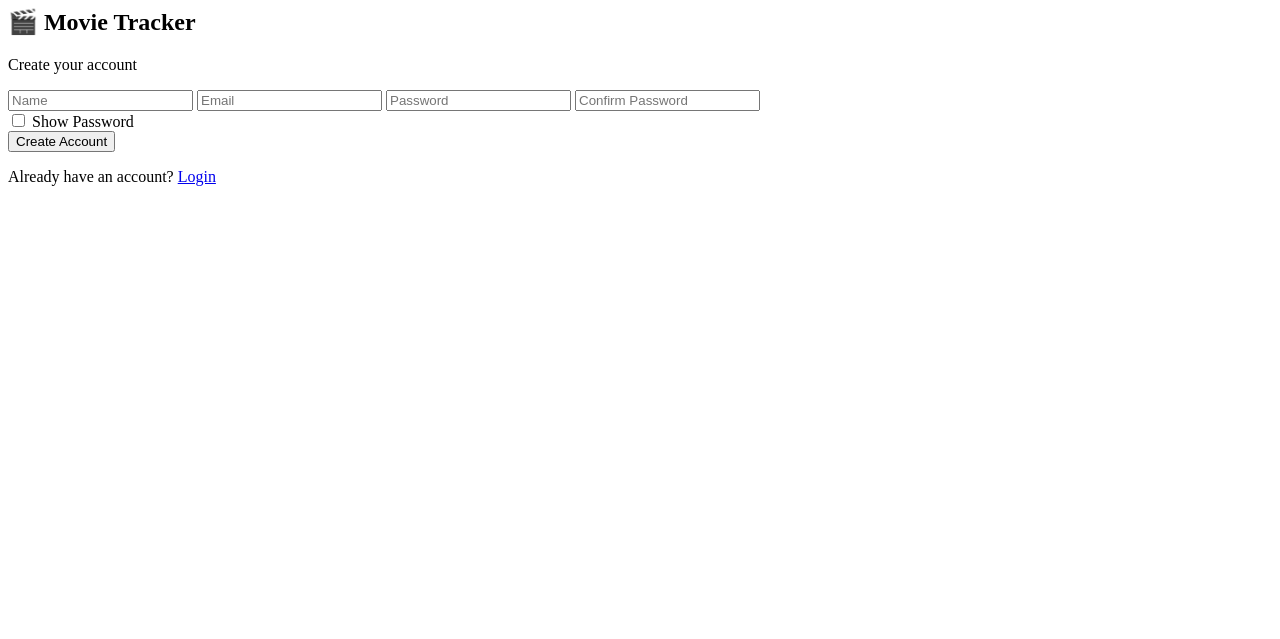
Repository: Dinesh-Codebais/movie-tracker
Page: signup.html
These files come from the project's save history. The page is drawn as it stood at one moment and after the next save; the edit follows.
The browser window is 1280 px wide. The pictures show the whole page.

Above is the page before, as saved 2026-06-22 10:35:16.

### signup.html
<div class="signup-box">

    <h2>🎬 Movie Tracker</h2>
    <p class="subtitle">Create your account</p>

    <input type="text" placeholder="Name">

    <input type="email" placeholder="Email">

    <input type="password" placeholder="Password">

    <input type="password" placeholder="Confirm Password">

    <div class="show-pass">
        <input type="checkbox">
        <label>Show Password</label>
    </div>

    <button>Create Account</button>

    <p>
        Already have an account?
        <a href="#">Login</a>
    </p>

</div>

### style.css
/* RESET */
*{
    margin:0;
    padding:0;
    box-sizing:border-box;
}

/* BODY */
body{
    background:#0f172a;
    font-family:Arial, sans-serif;
}
.navbar{
    display:flex;
    justify-content:space-between;
    align-items:center;
    padding:20px 8%;
    background:#111827;
    position:sticky;
    top:0;
    z-index:1000;
}

.nav-links{
    display:flex;
    align-items:center;
    list-style:none;
    gap:20px;
}

.nav-links li{
    display:flex;
    align-items:center;
}

.nav-links a{
    color:white;
    text-decoration:none;
    padding:8px 15px;
    border-radius:8px;
    transition:0.3s;
}

.nav-links a:hover{
    background:#e50914;
    color:white;
}


#logoutBtn{
    background:#e50914;
    color:white;
    border:none;
    padding:8px 15px;
    border-radius:8px;
    cursor:pointer;
}


#userInfo{
    color:#facc15;
    font-weight:bold;
}

.logo img {
    height:100px;
    width:auto;
    cursor:pointer;
}

/* LINKS */
.nav-links{
    display:flex;
    list-style:none;
    gap:25px;
}

.nav-links a{
    color:white;
    text-decoration:none;
    padding:8px 15px;
    border-radius:8px;
    transition:0.3s;
}

.nav-links a:hover{
    background:#e50914;
    color:white;
}

/* HERO */
.hero{
    height:90vh;
    display:flex;
    justify-content:center;
    align-items:center;
    text-align:center;
    background:
    linear-gradient(rgba(0,0,0,0.6),rgba(0,0,0,0.7)),
    url("https://images.unsplash.com/photo-1489599849927-2ee91cede3ba");
    background-size:cover;
    background-position:center;
}

.hero-content{
    max-width:700px;
    color:white;
}

.hero-content h1{
    font-size:60px;
}

.hero-content p{
    font-size:20px;
    color:#d1d5db;
    margin:20px 0;
}

/* BUTTON */
.btn{
    display:inline-block;
    padding:15px 35px;
    background:#e50914;
    color:white;
    text-decoration:none;
    border-radius:8px;
    transition:0.3s;
}

.btn:hover{
    transform:translateY(-3px);
}

/* SECTIONS */
.trending,
.features,
.categories,
.stats,
.testimonials,
.newsletter{
    padding:80px 10%;
}

/* TITLES */
h2{
    text-align:center;
    color:white;
    font-size:40px;
    margin-bottom:40px;
}

/* GRID SYSTEM */
.movie-grid,
.feature-grid,
.category-grid,
.stats-grid,
.testimonial-grid{
    display:grid;
    gap:30px;
}

/* MOVIE CARDS */
.movie-grid{
    grid-template-columns:repeat(auto-fit,minmax(250px,1fr));
}

.movie-card img{
    width:100%;
    height:350px;
    object-fit:cover;
    display:block;
}

.movie-card h3{
    color:white;
    margin-top:15px;
}

.movie-card p{
    color:#facc15;
    margin:10px 0 20px;
}

.movie-card:hover{
    transform:translateY(-10px) scale(1.03);
}

/* FEATURE */
.feature-grid{
    grid-template-columns:repeat(auto-fit,minmax(250px,1fr));
}

.feature-card,
.category-card,
.stat-card,
.testimonial-card{
    background:#1f2937;
    padding:30px;
    border-radius:15px;
    color:white;
    text-align:center;
    transition:0.3s;
}

/* CATEGORY */
.category-grid{
    grid-template-columns:repeat(auto-fit,minmax(180px,1fr));
}

.category-card:hover{
    background:#e50914;
    transform:scale(1.05);
}

/* STATS */
.stats-grid{
    grid-template-columns:repeat(auto-fit,minmax(200px,1fr));
}

.stat-card h3{
    color:#e50914;
    font-size:40px;
}

/* TESTIMONIAL */
.testimonial-grid{
    grid-template-columns:repeat(auto-fit,minmax(280px,1fr));

}


/* NEWSLETTER */
.newsletter{
    text-align:center;
}

.newsletter-form{
    display:flex;
    justify-content:center;
    align-items:center;
    gap:10px;
    flex-wrap:wrap;
    margin-top:20px;
}
.newsletter{
    color: rgb(172, 51, 51);
}
/* CTA */
.cta{
    padding:100px 10%;
    text-align:center;
    background:linear-gradient(135deg,#e50914,#ff3b3b);
}

.cta h2{
    color:white;
    font-size:45px;
}

.cta-btn{
    display:inline-block;
    padding:15px 35px;
    background:white;
    color:#e50914;
    border-radius:10px;
    font-weight:bold;
}

/* FOOTER */
.footer{
    background:4E220F
    padding:60px 20px;
    text-align:center;
    color:white
}
/* RESPONSIVE */
@media(max-width:768px){
    .navbar{
        flex-direction:column;
    }

    .nav-links{
        flex-direction:column;
        margin-top:15px;
    }

    .hero-content h1{
        font-size:35px;
    }
}

/* SMOOTH SCROLL */
html{
    scroll-behavior:smooth;
}
@keyframes fadeUp {
    from{
        opacity: 0;
        transform: translateY(30px);
    }
    to{
        opacity: 1;
        transform: translateY(0);
    }
}
.watch-btn,
.explore-btn{
    width: 140px;        /* same size */
    padding: 10px 0;
    margin: 8px 5px;
    border: none;
    border-radius: 8px;
    cursor: pointer;
    font-weight: bold;
    transition: 0.3s;
}

/* Watchlist button */
.watch-btn{
    background: #e50914;
    color: white;
}

/* Explore button */
.explore-btn{
    background: #1f2937;
    color: white;
    border: 1px solid #e50914;
}

/* hover effect */
.watch-btn:hover,
.explore-btn:hover{
    transform: scale(1.05);
    opacity: 0.9;
}

.carousel{
    display:flex;
    justify-content:center;
    align-items:center;
    gap:20px;
}

.side-img{
    width:220px;
    height:320px;
    object-fit:cover;
    border-radius:15px;
    opacity:0.7;
    transform:scale(0.85);
    transition:0.5s;
}

.center-img{
    width:320px;
    height:420px;
    object-fit:cover;
    border-radius:18px;
    transform:scale(1.05);
    box-shadow:0 15px 40px rgba(0,0,0,0.6);
    transition:0.5s;
}

.watchlist h2{
    color:white;
    font-size:40px;
    margin-bottom:20px;
}

.watchlist p{
    color:#d1d5db;
}


.nav-links a.active {
    color: #ff3c78;
    font-weight: bold;
    border-bottom: 2px solid #ff3c78;
}
/* =========================
   MOVIE CARD UPGRADE
========================= */

.movie-card img{
    width: 100%;
    height: 280px;
    object-fit: contain;   /* 👈 important */
    background: FFF4E1  /* empty space fill look */
    border-radius: 12px;
}

.movie-card:hover{
    transform:translateY(-10px) scale(1.03);
}

/* =========================
   WATCHLIST
========================= */

#watchlistMovies{
    list-style:none;
    padding:0;
    margin-top:20px;
}

#watchlistMovies li{
    background:#1f2937;
    color:white;
    padding:12px;
    margin:10px auto;
    width:300px;
    border-radius:10px;
    font-weight:bold;
    box-shadow:0 0 10px rgba(0,0,0,0.3);
}

/* =========================
   SLIDER
========================= */

#slider-img{
    width:300px;
    height:450px;
    object-fit:cover;
    border-radius:15px;
    box-shadow:0 0 25px rgba(229,9,20,0.5);
    transition:0.5s;
}

/* =========================
   DARK MODE
========================= */

body.dark{
    background:#111;
    color:white;
}

body.dark .navbar{
    background:#000;
}

body.dark .movie-card{
    background:#222;
}

body.dark .feature-card,
body.dark .category-card,
body.dark .stat-card,
body.dark .testimonial-card{
    background:#222;
}

body.dark .watchlist{
    background:#000;
}

body.dark #watchlistMovies li{
    background:#333;
    color:white;
}

body.dark .footer{
    background:#000;
}
body{
    padding-top:80px;
}
.form-box{
    width:350px;
    margin:100px auto;
    background:white;
    padding:25px;
    border-radius:10px;
    text-align:center;
}

.form-box input{
    width:100%;
    padding:10px;
    margin:10px 0;
}

.form-box button{
    width:100%;
    padding:10px;
    cursor:pointer;
}

.dropdown{
    position: relative;
}

.dropdown-menu{
    display: none !important;
    position: absolute;
    top: 100%;
    left: 0;
    background: #111827;
    min-width: 180px;
    list-style: none;
    padding: 0;
    margin: 0;
    z-index: 1000;
}

.dropdown-menu li{
    display: block;
    width: 100%;
}

.dropdown-menu a{
    display: block;
    padding: 10px 15px;
}

.dropdown:hover .dropdown-menu{
    display: block !important;
}
.signup-box{
    width: 400px;
    padding: 40px;
    background: #fff;
    border-radius: 20px;
    box-shadow: 0 10px 30px rgba(0,0,0,0.2);
}

### script.js
console.log("JS Connected");

// =========================
// MOVIE DATA
// =========================

const movieData = [
    {
        title: "Interstellar",
        rating: 8.7
    },
    {
        title: "Oppenheimer",
        rating: 8.5
    },
    {
        title: "Avatar",
        rating: 8.1
    }
];

console.log("Movie Tracker JS Connected!");
console.log(movieData);

console.log(movieData[0].title);
console.log(movieData[1].rating);

movieData.forEach(function(movie){
    console.log(movie.title);
});


// =========================
// SEARCH
// =========================

const searchInput = document.getElementById("searchInput");
const movies = document.querySelectorAll(".movie-card");

searchInput.addEventListener("keyup", function () {

    const value = searchInput.value.toLowerCase();

    movies.forEach(function (movie) {

        const movieName = movie
            .querySelector("h3")
            .textContent
            .toLowerCase();

        if (movieName.includes(value)) {
            movie.style.display = "block";
        } else {
            movie.style.display = "none";
        }

    });

});


// =========================
// IMAGE SLIDER
// =========================
const images = [
    "images/movie1.jpg",
    "images/movie2.jpg",
    "images/movie3.jpg",
  "images/movie4.jpg",
   "images/movie5.jpg",
  "images/movie6.jpg",
  "images/movie7.jpg",
  "images/movie8.jpg",
];

const leftImg = document.getElementById("left-img");
const centerImg = document.getElementById("center-img");
const rightImg = document.getElementById("right-img");

let index = 0;

function updateCarousel() {

    leftImg.src =
        images[(index + images.length - 1) % images.length];

    centerImg.src =
        images[index];

    rightImg.src =
        images[(index + 1) % images.length];
}

setInterval(() => {
    index = (index + 1) % images.length;
    updateCarousel();
}, 3000);

updateCarousel();

// =========================
// WATCHLIST
// =========================

let savedMovies =
    JSON.parse(localStorage.getItem("watchlist")) || [];

const watchButtons =
    document.querySelectorAll(".watch-btn");

const watchList =
    document.getElementById("watchlistMovies");

const watchCount =
    document.getElementById("watchCount");

function renderWatchlist() {

    if (!watchList) return;

    watchList.innerHTML = "";

    savedMovies.forEach(function (movie, index) {

        const li = document.createElement("li");

        li.innerHTML = `
            ${movie}
            <button onclick="removeMovie(${index})">
                ❌
            </button>
        `;

        watchList.appendChild(li);

    });

    if (watchCount) {
        watchCount.textContent = savedMovies.length;
    }
}

function removeMovie(index) {

    savedMovies.splice(index, 1);

    localStorage.setItem(
        "watchlist",
        JSON.stringify(savedMovies)
    );

    renderWatchlist();
}

renderWatchlist();

watchButtons.forEach(function (button) {

    button.addEventListener("click", function () {

        const movieCard =
            button.parentElement;

        const movieName =
            movieCard.querySelector("h3")
            .textContent;

        if (!savedMovies.includes(movieName)) {

            savedMovies.push(movieName);

            localStorage.setItem(
                "watchlist",
                JSON.stringify(savedMovies)
            );

            renderWatchlist();

            alert(movieName + " added to Watchlist!");
        }
        else {

            alert("Movie already added!");
        }

    });

});




// =========================
// TOTAL MOVIES COUNTER
// =========================

const totalMovies =
    document.getElementById("totalMovies");

if (totalMovies) {

    totalMovies.textContent =
        movies.length;
}

// =========================
// CHECK LOGIN STATUS
// =========================

const logoutBtn = document.getElementById("logoutBtn");

const loggedUser = localStorage.getItem("name");

if (loggedUser) {

    if(logoutBtn){
        logoutBtn.style.display = "block";
    }
}


function logout() {

    localStorage.removeItem("name");
    localStorage.removeItem("email");
    localStorage.removeItem("password");

    alert("Logged Out Successfully");

    window.location.reload();
}
function signup(){

    let name = document.getElementById("signupName").value;
    let email = document.getElementById("signupEmail").value;
    let password = document.getElementById("signupPassword").value;

    localStorage.setItem("name", name);
    localStorage.setItem("email", email);
    localStorage.setItem("password", password);

    alert("Account Created");

    window.location.href = "index.html";
}
function login(){

    let email = document.getElementById("loginEmail").value;
    let password = document.getElementById("loginPassword").value;

    let savedEmail = localStorage.getItem("email");
    let savedPassword = localStorage.getItem("password");

    if(email === savedEmail && password === savedPassword){

        alert("Login Successful");

        window.location.href = "index.html";

    }else{

        alert("Wrong Email or Password");
    }
}

function showLoginPassword() {

    let password =
        document.getElementById("loginPassword");

    if (password.type === "password") {
        password.type = "text";
    } else {
        password.type = "password";
    }
}

function showSignupPassword() {

    let password =
        document.getElementById("signupPassword");

    if (password.type === "password") {
        password.type = "text";
    } else {
        password.type = "password";
    }
}

After the next save:
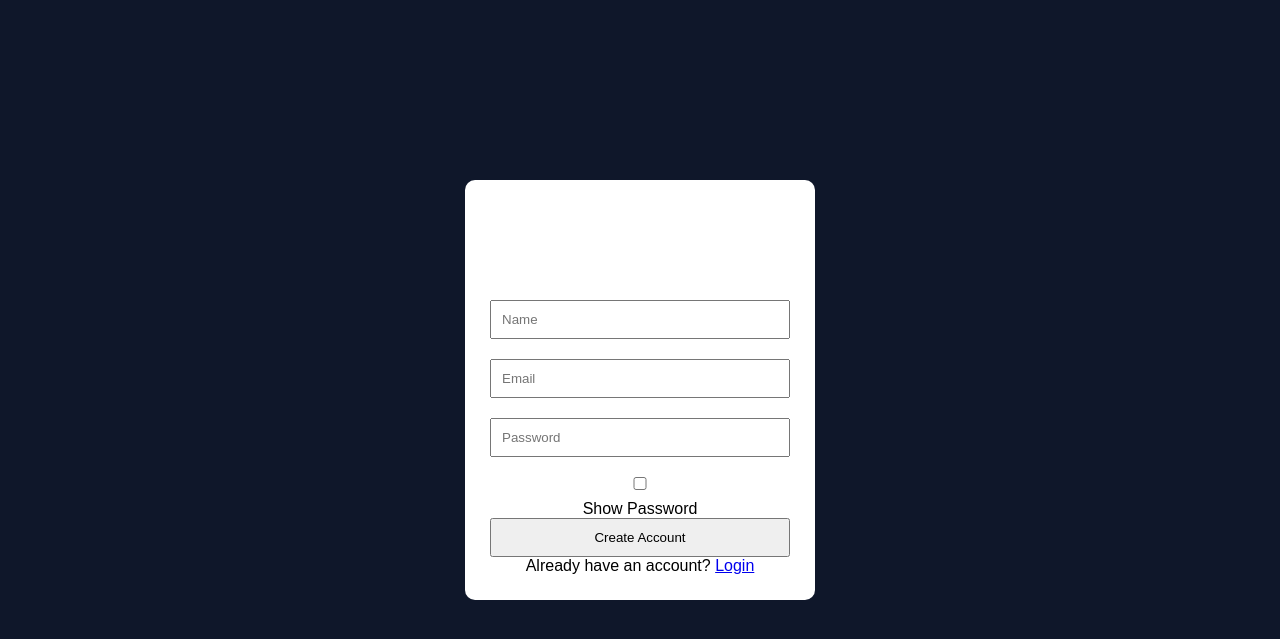
Console error: TypeError: Cannot read properties of null (reading 'addEventListener')
Saved 4 s later.
--- a/signup.html
+++ b/signup.html
@@ -1,26 +1,36 @@
-<div class="signup-box">
+<!DOCTYPE html>
+<html lang="en">
+<head>
+    <meta charset="UTF-8">
+    <meta name="viewport" content="width=device-width, initial-scale=1.0">
+    <title>Sign Up</title>
 
-    <h2>🎬 Movie Tracker</h2>
-    <p class="subtitle">Create your account</p>
+    <link rel="stylesheet" href="style.css">
+</head>
+<body>
 
-    <input type="text" placeholder="Name">
+    <div class="form-box">
+        <h2>Sign Up</h2>
 
-    <input type="email" placeholder="Email">
+        <input type="text" id="signupName" placeholder="Name">
 
-    <input type="password" placeholder="Password">
+        <input type="email" id="signupEmail" placeholder="Email">
 
-    <input type="password" placeholder="Confirm Password">
+        <input type="password" id="signupPassword" placeholder="Password">
+       <label>
+    <input type="checkbox" onclick="showSignupPassword()">
+    Show Password
+</label>
 
-    <div class="show-pass">
-        <input type="checkbox">
-        <label>Show Password</label>
+        <button onclick="signup()">Create Account</button>
+
+        <p>
+            Already have an account?
+            <a href="login.html">Login</a>
+        </p>
     </div>
 
-    <button>Create Account</button>
+    <script src="script.js"></script>
 
-    <p>
-        Already have an account?
-        <a href="#">Login</a>
-    </p>
-
-</div>
+</body>
+</html>
